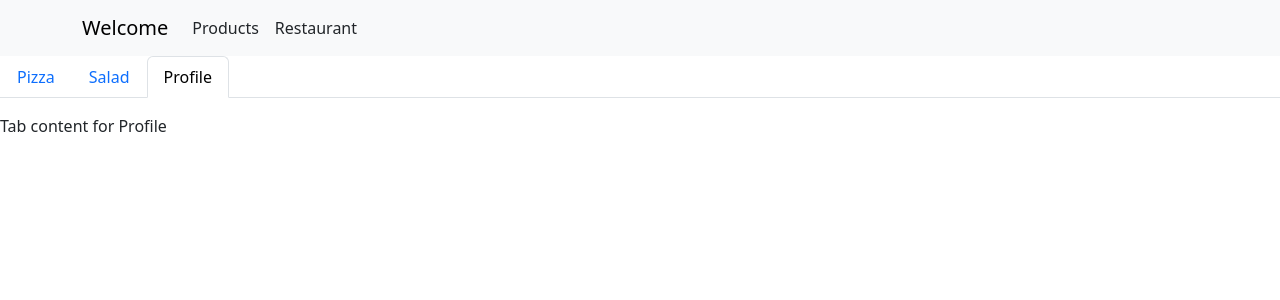
Repository: HadelAbdellatif/ReactApp2
Page: /restaurant
An editor plug-in stored every save of this project. The page is shown before and after a run of saves, followed by the edit.
The browser window is 1280 px wide. The pictures show the whole page.
The project was rebuilt for these pictures with package versions that can differ from the ones it lists, and the page was loaded fresh each time. Also part of the build but not shown: vite.config.js, src/components/products/Products.jsx, src/App.css, src/index.css.

Above is the page before, as saved 2023-11-03 21:37:33.

After the next 3 saves:
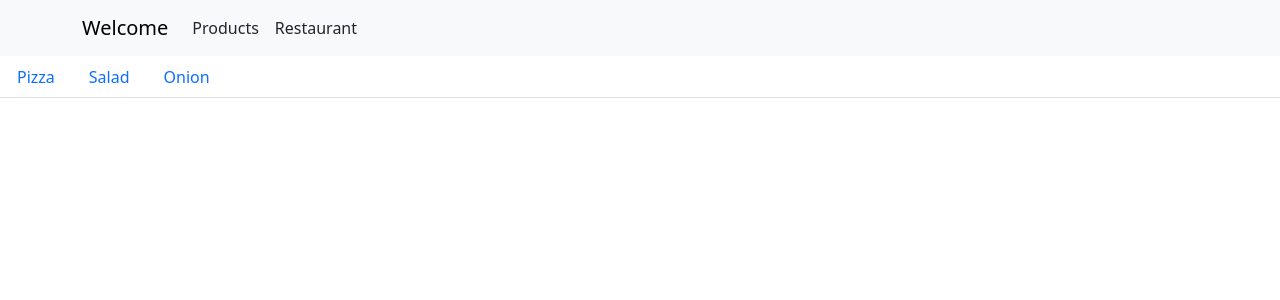
The 3 saves are shown as one change because they came seconds apart.
The last was saved 8 s later.
--- a/src/components/restaurant/Restaurant.jsx
+++ b/src/components/restaurant/Restaurant.jsx
@@ -14,8 +14,8 @@ function UncontrolledExample() {
       <Tab eventKey="Salad" title="Salad">
         Tab content for Salad
       </Tab>
-      <Tab eventKey="profile" title="Profile">
-        Tab content for Profile
+      <Tab eventKey="Onion" title="Onion">
+        Tab content for Onion
       </Tab>
     </Tabs>
   );
